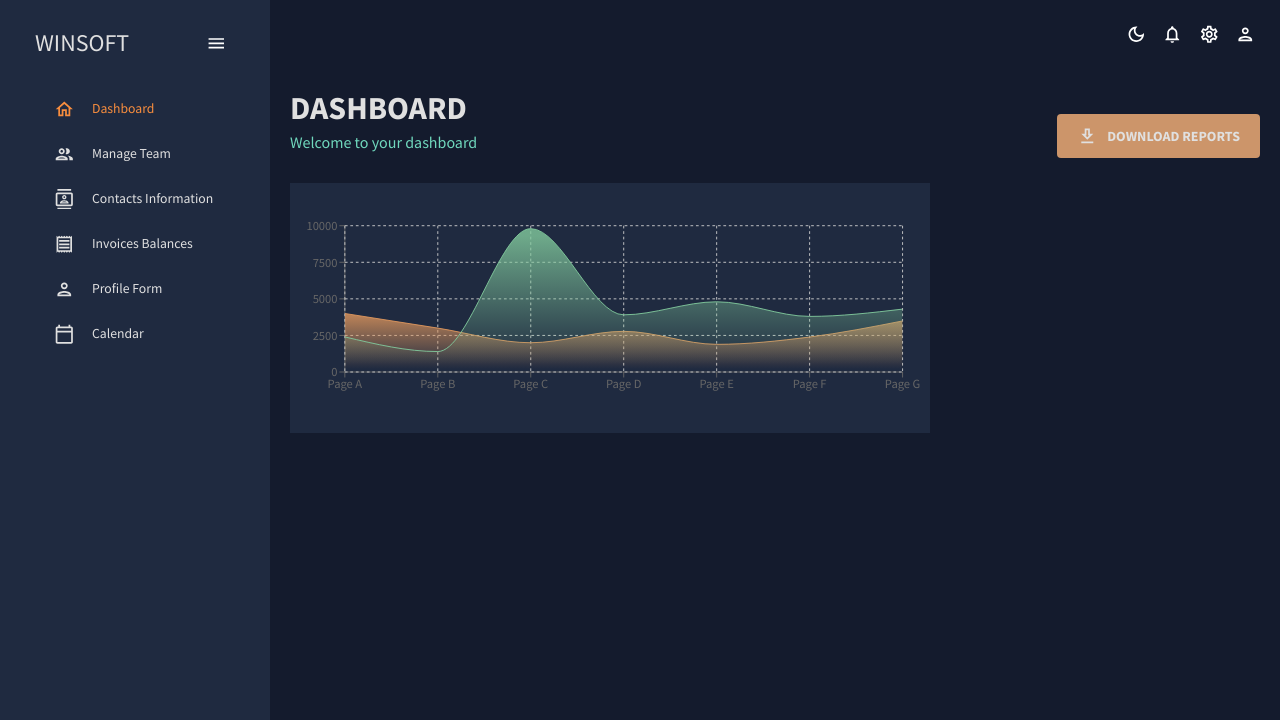
Repository: thamaraiselvan315731/winssoft
Page: /
These files come from the project's save history. The page is drawn as it stood at one moment and after the next save; the edit follows.
The browser window is 1280 px wide. The pictures show the whole page.
The project was rebuilt for these pictures with package versions that can differ from the ones it lists, and the page was loaded fresh each time. Also part of the build but not shown: src/pages/team/index.jsx, src/pages/invoices/index.jsx, src/pages/contacts/index.jsx, src/pages/form/index.jsx, src/data/mockGeoFeatures.js, src/components/GeographyChart.jsx, src/components/BarChart.jsx, src/components/ProgressCircle.jsx and 3 more.

Above is the page before, as saved 2022-12-01 11:09:38.

### src/App.js
import { useState } from "react";
import { Routes, Route } from "react-router-dom";
import Topbar from "./pages/global/Topbar";
import Sidebar from "./pages/global/Sidebar";
import Team from "./pages/team";
import Invoices from "./pages/invoices";
import Contacts from "./pages/contacts";
import Form from "./pages/form";
// import Bar from "./pages/bar";
// import Line from "./pages/line";
// import Pie from "./pages/pie";
// import Geography from "./pages/geography";
import Dashboard from "./pages/dashboard";
import FAQ from "./pages/faq";
import { CssBaseline, ThemeProvider } from "@mui/material";
import { ColorModeContext, useMode } from "./theme";
import Calendar from "./pages/calendar/calendar";

function App() {
  const [theme, colorMode] = useMode();
  const [isSidebar, setIsSidebar] = useState(true);

  return (
    <ColorModeContext.Provider value={colorMode}>
      <ThemeProvider theme={theme}>
        <CssBaseline />
        <div className="app">
          <Sidebar isSidebar={isSidebar} />
          <main className="content">
            <Topbar setIsSidebar={setIsSidebar} />
            <Routes>
              <Route path="/" element={<Dashboard />} />
              <Route path="/team" element={<Team />} />
              <Route path="/contacts" element={<Contacts />} />
              <Route path="/invoices" element={<Invoices />} />
              <Route path="/form" element={<Form />} />
              {/* <Route path="/bar" element={<Bar />} />
              <Route path="/pie" element={<Pie />} />
              <Route path="/line" element={<Line />} /> */}
              <Route path="/faq" element={<FAQ />} />
              <Route path="/calendar" element={<Calendar />} />
              {/* <Route path="/geography" element={<Geography />} /> */}
            </Routes>
          </main>
        </div>
      </ThemeProvider>
    </ColorModeContext.Provider>
  );
}

export default App;

### src/pages/global/Topbar.jsx
import { Box, IconButton, useTheme } from "@mui/material";
import { useContext } from "react";
import { ColorModeContext, tokens } from "../../theme";
import InputBase from "@mui/material/InputBase";
import LightModeOutlinedIcon from "@mui/icons-material/LightModeOutlined";
import DarkModeOutlinedIcon from "@mui/icons-material/DarkModeOutlined";
import NotificationsOutlinedIcon from "@mui/icons-material/NotificationsOutlined";
import SettingsOutlinedIcon from "@mui/icons-material/SettingsOutlined";
import PersonOutlinedIcon from "@mui/icons-material/PersonOutlined";
import SearchIcon from "@mui/icons-material/Search";

const Topbar = () => {
  const theme = useTheme();
  const colors = tokens(theme.palette.mode);
  const colorMode = useContext(ColorModeContext);

  return (
    <Box display="flex" justifyContent="flex-end" p={2}>
      {/* SEARCH BAR */}
      {/* <Box
        display="flex"
        backgroundColor={colors.primary[400]}
        borderRadius="3px"
      >
        <InputBase sx={{ ml: 2, flex: 1 }} placeholder="Search" />
        <IconButton type="button" sx={{ p: 1 }}>
          <SearchIcon />
        </IconButton>
      </Box> */}

      {/* ICONS */}
      <Box display="flex">
        <IconButton onClick={colorMode.toggleColorMode}>
          {theme.palette.mode === "dark" ? (
            <DarkModeOutlinedIcon />
          ) : (
            <LightModeOutlinedIcon />
          )}
        </IconButton>
        <IconButton>
          <NotificationsOutlinedIcon />
        </IconButton>
        <IconButton>
          <SettingsOutlinedIcon />
        </IconButton>
        <IconButton>
          <PersonOutlinedIcon />
        </IconButton>
      </Box>
    </Box>
  );
};

export default Topbar;

### src/pages/global/Sidebar.jsx
import { useState } from "react";
import { ProSidebar, Menu, MenuItem } from "react-pro-sidebar";
import { Box, IconButton, Typography, useTheme } from "@mui/material";
import { Link } from "react-router-dom";
import "react-pro-sidebar/dist/css/styles.css";
import { tokens } from "../../theme";
import HomeOutlinedIcon from "@mui/icons-material/HomeOutlined";
import PeopleOutlinedIcon from "@mui/icons-material/PeopleOutlined";
import ContactsOutlinedIcon from "@mui/icons-material/ContactsOutlined";
import ReceiptOutlinedIcon from "@mui/icons-material/ReceiptOutlined";
import PersonOutlinedIcon from "@mui/icons-material/PersonOutlined";
import CalendarTodayOutlinedIcon from "@mui/icons-material/CalendarTodayOutlined";// eslint-disable-next-line
import HelpOutlineOutlinedIcon from "@mui/icons-material/HelpOutlineOutlined";// eslint-disable-next-line
import BarChartOutlinedIcon from "@mui/icons-material/BarChartOutlined";// eslint-disable-next-line
import PieChartOutlineOutlinedIcon from "@mui/icons-material/PieChartOutlineOutlined";// eslint-disable-next-line
import TimelineOutlinedIcon from "@mui/icons-material/TimelineOutlined";// eslint-disable-next-line
import MenuOutlinedIcon from "@mui/icons-material/MenuOutlined";// eslint-disable-next-line
import MapOutlinedIcon from "@mui/icons-material/MapOutlined";// eslint-disable-next-line

const Item = ({ title, to, icon, selected, setSelected }) => {
  const theme = useTheme();
  const colors = tokens(theme.palette.mode);
  return (
    <MenuItem
      active={selected === title}
      style={{
        color: colors.grey[100],
      }}
      onClick={() => setSelected(title)}
      icon={icon}
    >
      <Typography>{title}</Typography>
      <Link to={to} />
    </MenuItem>
  );
};

const Sidebar = () => {
  const theme = useTheme();
  const colors = tokens(theme.palette.mode);
  const [isCollapsed, setIsCollapsed] = useState(false);
  const [selected, setSelected] = useState("Dashboard");

  return (
    <Box
      sx={{
        "& .pro-sidebar-inner": {
          background: `${colors.primary[400]} !important`,
        },
        "& .pro-icon-wrapper": {
          backgroundColor: "transparent !important",
        },
        "& .pro-inner-item": {
          padding: "5px 35px 5px 20px !important",
        },
        "& .pro-inner-item:hover": {
          color: "#f78d3e !important",
        },
        "& .pro-menu-item.active": {
          color: "#f78d3e !important",
        },
      }}
    >
      <ProSidebar collapsed={isCollapsed}>
        <Menu iconShape="square">
          {/* LOGO AND MENU ICON */}
          <MenuItem
            onClick={() => setIsCollapsed(!isCollapsed)}
            icon={isCollapsed ? <MenuOutlinedIcon /> : undefined}
            style={{
              margin: "10px 0 20px 0",
              color: colors.grey[100],
            }}
          >
            {!isCollapsed && (
              <Box
                display="flex"
                justifyContent="space-between"
                alignItems="center"
                ml="15px"
              >
                <Typography variant="h3" color={colors.grey[100]}>
                  WINSOFT
                </Typography>
                <IconButton onClick={() => setIsCollapsed(!isCollapsed)}>
                  <MenuOutlinedIcon />
                </IconButton>
              </Box>
            )}
          </MenuItem>

          {/* {!isCollapsed && (
            <Box mb="25px">
              <Box display="flex" justifyContent="center" alignItems="center">
                <img
                  alt="profile-user"
                  width="100px"
                  height="100px"
                  src={`../../assets/user.png`}
                  style={{ cursor: "pointer", borderRadius: "50%" }}
                />
              </Box>
              <Box textAlign="center">
                <Typography
                  variant="h2"
                  color={colors.grey[100]}
                  fontWeight="bold"
                  sx={{ m: "10px 0 0 0" }}
                >
                  Ed Roh
                </Typography>
                <Typography variant="h5" color={colors.greenAccent[500]}>
                  VP Fancy Admin
                </Typography>
              </Box>
            </Box>
          )} */}

          <Box paddingLeft={isCollapsed ? undefined : "10%"}>
            <Item
              title="Dashboard"
              to="/"
              icon={<HomeOutlinedIcon />}
              selected={selected}
              setSelected={setSelected}
            />

            {/* <Typography
              variant="h6"
              color={colors.grey[300]}
              sx={{ m: "15px 0 5px 20px" }}
            >
              Data
            </Typography> */}
            <Item
              title="Manage Team"
              to="/team"
              icon={<PeopleOutlinedIcon />}
              selected={selected}
              setSelected={setSelected}
            />
            <Item
              title="Contacts Information"
              to="/contacts"
              icon={<ContactsOutlinedIcon />}
              selected={selected}
              setSelected={setSelected}
            />
            <Item
              title="Invoices Balances"
              to="/invoices"
              icon={<ReceiptOutlinedIcon />}
              selected={selected}
              setSelected={setSelected}
            />

            {/* <Typography
              variant="h6"
              color={colors.grey[300]}
              sx={{ m: "15px 0 5px 20px" }}
            >
              Pages
            </Typography> */}
            <Item
              title="Profile Form"
              to="/form"
              icon={<PersonOutlinedIcon />}
              selected={selected}
              setSelected={setSelected}
            />
            <Item
              title="Calendar"
              to="/calendar"
              icon={<CalendarTodayOutlinedIcon />}
              selected={selected}
              setSelected={setSelected}
            />
            {/* <Item
              title="FAQ Page"
              to="/faq"
              icon={<HelpOutlineOutlinedIcon />}
              selected={selected}
              setSelected={setSelected}
            /> */}

            {/* <Typography
              variant="h6"
              color={colors.grey[300]}
              sx={{ m: "15px 0 5px 20px" }}
            >
              Charts
            </Typography>
            <Item
              title="Bar Chart"
              to="/bar"
              icon={<BarChartOutlinedIcon />}
              selected={selected}
              setSelected={setSelected}
            />
            <Item
              title="Pie Chart"
              to="/pie"
              icon={<PieChartOutlineOutlinedIcon />}
              selected={selected}
              setSelected={setSelected}
            />
            <Item
              title="Line Chart"
              to="/line"
              icon={<TimelineOutlinedIcon />}
              selected={selected}
              setSelected={setSelected}
            />
            <Item
              title="Geography Chart"
              to="/geography"
              icon={<MapOutlinedIcon />}
              selected={selected}
              setSelected={setSelected}
            /> */}
          </Box>
        </Menu>
      </ProSidebar>
    </Box>
  );
};

export default Sidebar;

### src/pages/dashboard/index.jsx
import { Box, Button, IconButton, Typography, useTheme } from "@mui/material";
import { tokens } from "../../theme";
import { mockTransactions } from "../../data/mockData";
import DownloadOutlinedIcon from "@mui/icons-material/DownloadOutlined";
import { AreaCharts } from "../../Charts/AreaChart"
import EmailIcon from "@mui/icons-material/Email";
import PointOfSaleIcon from "@mui/icons-material/PointOfSale";
import PersonAddIcon from "@mui/icons-material/PersonAdd";
import TrafficIcon from "@mui/icons-material/Traffic";
import Header from "../../components/Header";
import LineChart from "../../components/LineChart";
import GeographyChart from "../../components/GeographyChart";
import BarChart from "../../components/BarChart";
import StatBox from "../../components/StatBox";
import ProgressCircle from "../../components/ProgressCircle";

const Dashboard = () => {
  const theme = useTheme();
  const colors = tokens(theme.palette.mode);

  return (

    <Box m="20px">
      {/* HEADER */}
      <Box display="flex" justifyContent="space-between" alignItems="center">
        <Header title="DASHBOARD" subtitle="Welcome to your dashboard" />

        <Box>
          <Button
            sx={{
              backgroundColor: colors.blueAccent[700],
              color: colors.grey[100],
              fontSize: "14px",
              fontWeight: "bold",
              padding: "10px 20px",
            }}
          >
            <DownloadOutlinedIcon sx={{ mr: "10px" }} />
            Download Reports
          </Button>
        </Box>
      </Box>

      {/* GRID & CHARTS */}
      <Box
        display="grid"
        gridTemplateColumns="repeat(12, 1fr)"
        gridAutoRows="250px"
        gap="20px"
      >
        {/* ROW 1 */}
        <Box
          gridColumn="span 8"
          backgroundColor={colors.primary[400]}
          display="flex"
          alignItems="center"
          justifyContent="center"
        >
          <AreaCharts />

        </Box>

        {/* <Box
          gridColumn="span 3"
          backgroundColor={colors.primary[400]}
          display="flex"
          alignItems="center"
          justifyContent="center"
        >
          <StatBox
            title="431,225"
            subtitle="Sales Obtained"
            progress="0.50"
            increase="+21%"
            icon={
              <PointOfSaleIcon
                sx={{ color: colors.greenAccent[600], fontSize: "26px" }}
              />
            }
          />
        </Box>
        <Box
          gridColumn="span 3"
          backgroundColor={colors.primary[400]}
          display="flex"
          alignItems="center"
          justifyContent="center"
        >
          <StatBox
            title="32,441"
            subtitle="New Clients"
            progress="0.30"
            increase="+5%"
            icon={
              <PersonAddIcon
                sx={{ color: colors.greenAccent[600], fontSize: "26px" }}
              />
            }
          />
        </Box>
        <Box
          gridColumn="span 3"
          backgroundColor={colors.primary[400]}
          display="flex"
          alignItems="center"
          justifyContent="center"
        >
          <StatBox
            title="1,325,134"
            subtitle="Traffic Received"
            progress="0.80"
            increase="+43%"
            icon={
              <TrafficIcon
                sx={{ color: colors.greenAccent[600], fontSize: "26px" }}
              />
            }
          />
        </Box> */}

        {/* ROW 2 */}
        {/* <Box
          gridColumn="span 8"
          gridRow="span 2"
          backgroundColor={colors.primary[400]}
        >
          <Box
            mt="25px"
            p="0 30px"
            display="flex "
            justifyContent="space-between"
            alignItems="center"
          >
            <Box>
              <Typography
                variant="h5"
                fontWeight="600"
                color={colors.grey[100]}
              >
                Revenue Generated
              </Typography>
              <Typography
                variant="h3"
                fontWeight="bold"
                color={colors.greenAccent[500]}
              >
                $59,342.32
              </Typography>
            </Box>
            <Box>
              <IconButton>
                <DownloadOutlinedIcon
                  sx={{ fontSize: "26px", color: colors.greenAccent[500] }}
                />
              </IconButton>
            </Box>
          </Box>
          <Box height="250px" m="-20px 0 0 0">
            <LineChart isDashboard={true} />
          </Box>
        </Box>
        <Box
          gridColumn="span 4"
          gridRow="span 2"
          backgroundColor={colors.primary[400]}
          overflow="auto"
        >
          <Box
            display="flex"
            justifyContent="space-between"
            alignItems="center"
            borderBottom={`4px solid ${colors.primary[500]}`}
            colors={colors.grey[100]}
            p="15px"
          >
            <Typography color={colors.grey[100]} variant="h5" fontWeight="600">
              Recent Transactions
            </Typography>
          </Box>
          {mockTransactions.map((transaction, i) => (
            <Box
              key={`${transaction.txId}-${i}`}
              display="flex"
              justifyContent="space-between"
              alignItems="center"
              borderBottom={`4px solid ${colors.primary[500]}`}
              p="15px"
            >
              <Box>
                <Typography
                  color={colors.greenAccent[500]}
                  variant="h5"
                  fontWeight="600"
                >
                  {transaction.txId}
                </Typography>
                <Typography color={colors.grey[100]}>
                  {transaction.user}
                </Typography>
              </Box>
              <Box color={colors.grey[100]}>{transaction.date}</Box>
              <Box
                backgroundColor={colors.greenAccent[500]}
                p="5px 10px"
                borderRadius="4px"
              >
                ${transaction.cost}
              </Box>
            </Box>
          ))}
        </Box> */}

        {/* ROW 3 */}
        {/* <Box
          gridColumn="span 4"
          gridRow="span 2"
          backgroundColor={colors.primary[400]}
          p="30px"
        >
          <Typography variant="h5" fontWeight="600">
            Campaign
          </Typography>
          <Box
            display="flex"
            flexDirection="column"
            alignItems="center"
            mt="25px"
          >
            <ProgressCircle size="125" />
            <Typography
              variant="h5"
              color={colors.greenAccent[500]}
              sx={{ mt: "15px" }}
            >
              $48,352 revenue generated
            </Typography>
            <Typography>Includes extra misc expenditures and costs</Typography>
          </Box>
        </Box>
        <Box
          gridColumn="span 4"
          gridRow="span 2"
          backgroundColor={colors.primary[400]}
        >
          <Typography
            variant="h5"
            fontWeight="600"
            sx={{ padding: "30px 30px 0 30px" }}
          >
            Sales Quantity
          </Typography>
          <Box height="250px" mt="-20px">
            <BarChart isDashboard={true} />
          </Box>
        </Box>
        <Box
          gridColumn="span 4"
          gridRow="span 2"
          backgroundColor={colors.primary[400]}
          padding="30px"
        >
          <Typography
            variant="h5"
            fontWeight="600"
            sx={{ marginBottom: "15px" }}
          >
            Geography Based Traffic
          </Typography>
          <Box height="200px">
            <GeographyChart isDashboard={true} />
          </Box>
        </Box> */}
      </Box>
    </Box>
  );
};

export default Dashboard;

### src/components/LineChart.jsx
import { ResponsiveLine } from "@nivo/line";
import { useTheme } from "@mui/material";
import { tokens } from "../theme";
import { mockLineData as data } from "../data/mockData";

const LineChart = ({ isCustomLineColors = false, isDashboard = false }) => {
  const theme = useTheme();
  const colors = tokens(theme.palette.mode);

  return (
    <ResponsiveLine
      data={data}
      theme={{
        axis: {
          domain: {
            line: {
              stroke: colors.grey[100],
            },
          },
          legend: {
            text: {
              fill: colors.grey[100],
            },
          },
          ticks: {
            line: {
              stroke: colors.grey[100],
              strokeWidth: 1,
            },
            text: {
              fill: colors.grey[100],
            },
          },
        },
        legends: {
          text: {
            fill: colors.grey[100],
          },
        },
        tooltip: {
          container: {
            color: colors.primary[500],
          },
        },
      }}
      colors={isDashboard ? { datum: "color" } : { scheme: "nivo" }} // added
      margin={{ top: 50, right: 110, bottom: 50, left: 60 }}
      xScale={{ type: "point" }}
      yScale={{
        type: "linear",
        min: "auto",
        max: "auto",
        stacked: true,
        reverse: false,
      }}
      yFormat=" >-.2f"
      curve="catmullRom"
      axisTop={null}
      axisRight={null}
      axisBottom={{
        orient: "bottom",
        tickSize: 0,
        tickPadding: 5,
        tickRotation: 0,
        legend: isDashboard ? undefined : "transportation", // added
        legendOffset: 36,
        legendPosition: "middle",
      }}
      axisLeft={{
        orient: "left",
        tickValues: 5, // added
        tickSize: 3,
        tickPadding: 5,
        tickRotation: 0,
        legend: isDashboard ? undefined : "count", // added
        legendOffset: -40,
        legendPosition: "middle",
      }}
      enableGridX={false}
      enableGridY={false}
      pointSize={8}
      pointColor={{ theme: "background" }}
      pointBorderWidth={2}
      pointBorderColor={{ from: "serieColor" }}
      pointLabelYOffset={-12}
      useMesh={true}
      legends={[
        {
          anchor: "bottom-right",
          direction: "column",
          justify: false,
          translateX: 100,
          translateY: 0,
          itemsSpacing: 0,
          itemDirection: "left-to-right",
          itemWidth: 80,
          itemHeight: 20,
          itemOpacity: 0.75,
          symbolSize: 12,
          symbolShape: "circle",
          symbolBorderColor: "rgba(0, 0, 0, .5)",
          effects: [
            {
              on: "hover",
              style: {
                itemBackground: "rgba(0, 0, 0, .03)",
                itemOpacity: 1,
              },
            },
          ],
        },
      ]}
    />
  );
};

export default LineChart;

Loaded but not shown: public/index.html (common file); src/index.js (common file); src/index.css (common file); src/components/Header.jsx (common file); src/data/mockData.js (1283 lines, source omitted); src/theme.js (214 lines, source omitted); src/Charts/AreaChart.js (76 lines, source omitted)

After the next save:
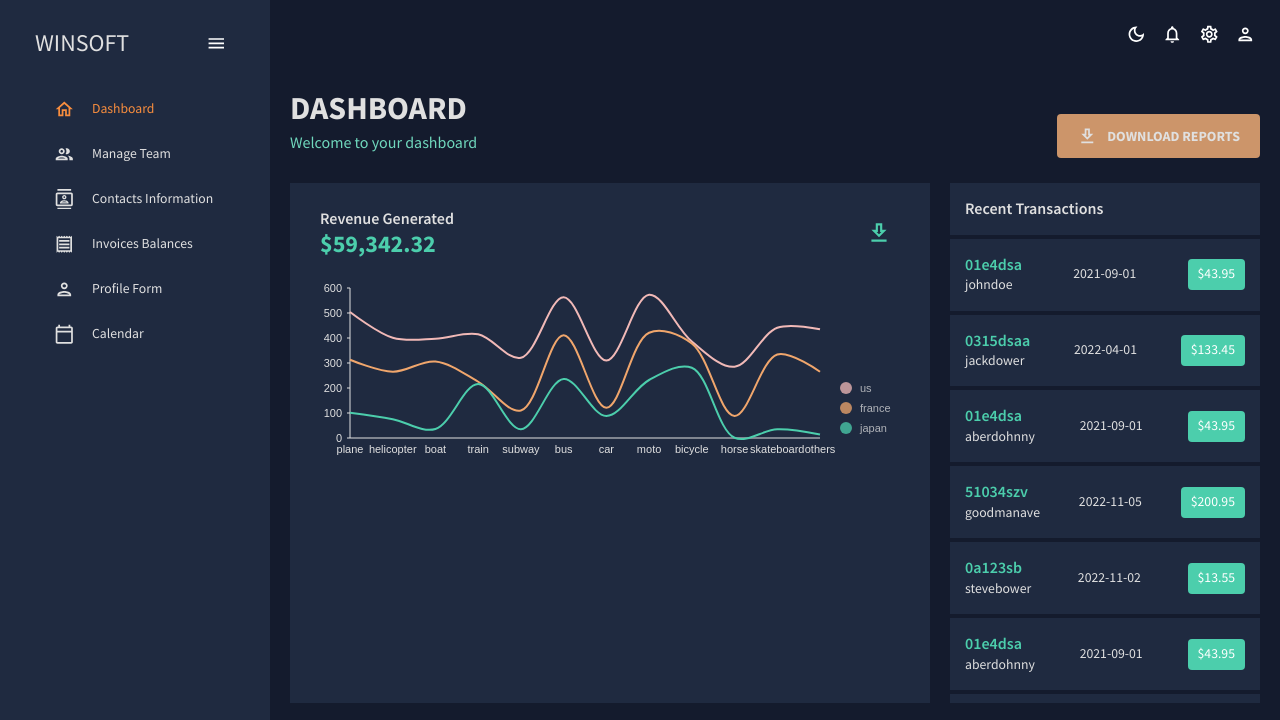
Saved 16 s later.
--- a/src/pages/dashboard/index.jsx
+++ b/src/pages/dashboard/index.jsx
@@ -49,7 +49,7 @@ const Dashboard = () => {
         gap="20px"
       >
         {/* ROW 1 */}
-        <Box
+        {/* <Box
           gridColumn="span 8"
           backgroundColor={colors.primary[400]}
           display="flex"
@@ -58,7 +58,7 @@ const Dashboard = () => {
         >
           <AreaCharts />
 
-        </Box>
+        </Box> */}
 
         {/* <Box
           gridColumn="span 3"
@@ -119,7 +119,7 @@ const Dashboard = () => {
         </Box> */}
 
         {/* ROW 2 */}
-        {/* <Box
+        <Box
           gridColumn="span 8"
           gridRow="span 2"
           backgroundColor={colors.primary[400]}
@@ -208,7 +208,7 @@ const Dashboard = () => {
               </Box>
             </Box>
           ))}
-        </Box> */}
+        </Box>
 
         {/* ROW 3 */}
         {/* <Box
